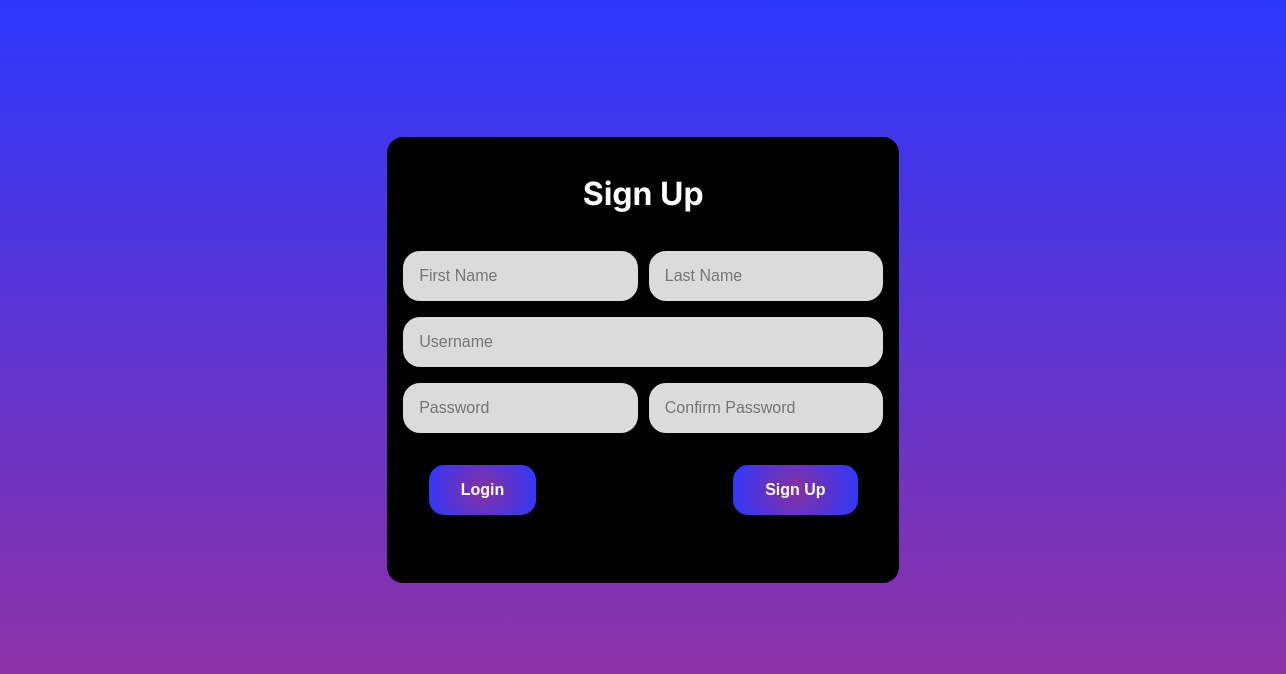
Repository: Hardyy00/Social-Media-Web-App
Page: / (app in frontend/)
The author's editor kept a copy of each file at every save. The page is drawn from the files as they stood at one save, then again after the next save.
The browser window is 1280 px wide. The page is 1286 px wide, then 1280 px, then 1286 px, so the pictures cover 1286 px, including what lies to the right of the window. The pictures show the whole page.
The project was rebuilt for these pictures with package versions that can differ from the ones it lists, and the page was loaded fresh each time. Also part of the build but not shown: frontend/vite.config.js.

Above is the page before, as saved 2024-01-18 14:45:17.

After the next save:
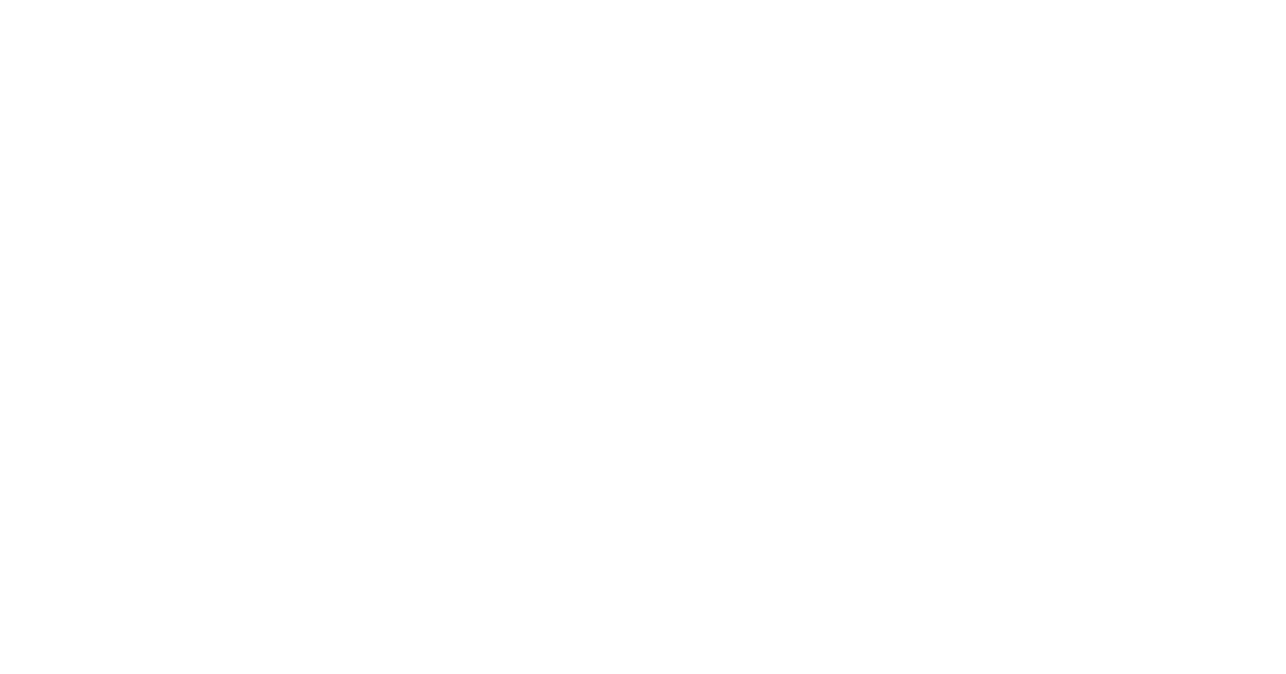
Console error: ReferenceError: white is not defined
Saved 40 s later.
--- a/frontend/src/Pages/auth/Auth.jsx
+++ b/frontend/src/Pages/auth/Auth.jsx
@@ -63,7 +63,7 @@
         </div>
       </form>
 
-      {val}
+      <div style={{ color: white }}> {val}</div>
     </div>
   );
 }

After the save that followed:
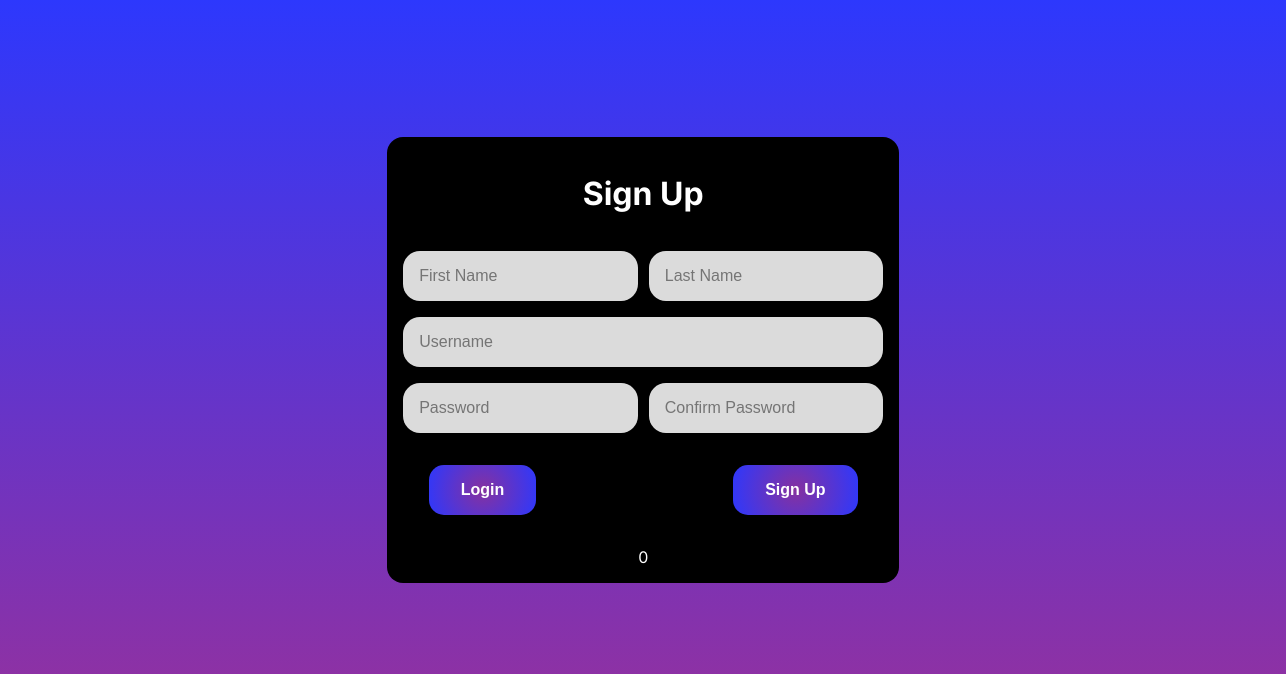
The error is gone.
Saved 10 s later.
--- a/frontend/src/Pages/auth/Auth.jsx
+++ b/frontend/src/Pages/auth/Auth.jsx
@@ -63,7 +63,7 @@
         </div>
       </form>
 
-      <div style={{ color: white }}> {val}</div>
+      <div style={{ color: "white" }}> {val}</div>
     </div>
   );
 }
